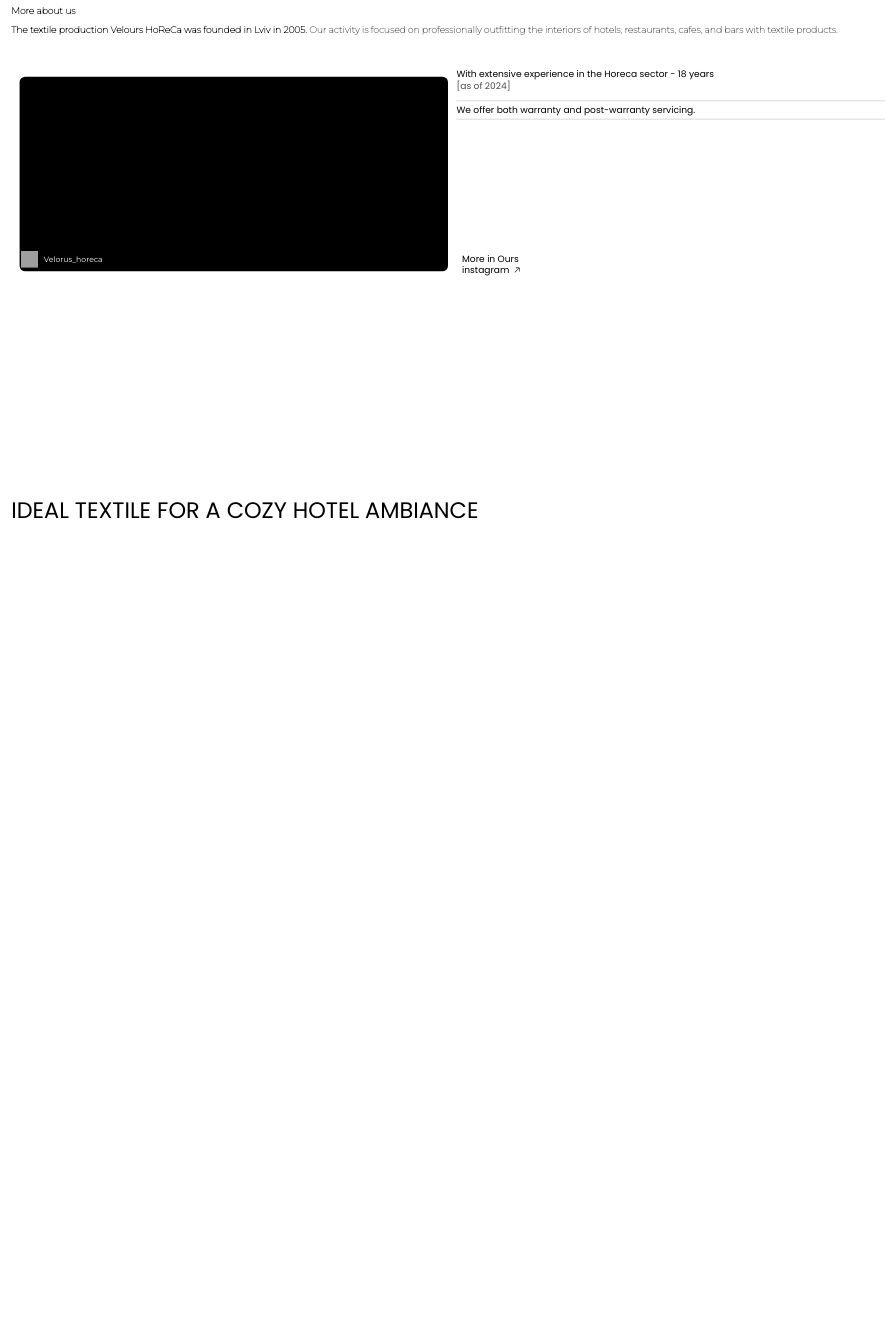
Repository: nikhilsinghrathore1/Shery_02
Page: /
An editor plug-in stored every save of this project. The page is shown before and after the next save, followed by the edit.
The browser window is 1280 px wide. The pictures show the part of the page from y = 3082 to 5002 px (the page is 5544 px tall), at 70% of full size.
Pictures or frames that could not be fetched are drawn as grey boxes. The project was rebuilt for these pictures with package versions that can differ from the ones it lists, and the page was loaded fresh each time. Also part of the build but not shown: vite.config.js.

Above is the page before, as saved 2024-07-18 03:07:59.

### src/App.jsx
import { useState } from 'react'
import reactLogo from './assets/react.svg'
import viteLogo from '/vite.svg'
import './App.css'
import Landing from './pages/Landing'

function App() {
  const [count, setCount] = useState(0)

  return (
    <>
      <Landing/>
    </>
  )
}

export default App

### src/App.css
@font-face {
  font-family: font1;
  src: url("../public/6624dc4c3f39ffabcd0dc162_Montserrat-VariableFont_wght.ttf");
}
@font-face {
  font-family: font2;
  src: url("../public/CircularXXWeb-Book\ \(1\).ttf");
}
@font-face {
  font-family: font3;
  src: url("../public/JTUQjIg1_i6t8kCHKm459WxRyS7m0dR9pA.ttf");
}
@font-face {
  font-family: font4;
  src: url("../public/JTUSjIg1_i6t8kCHKm459WlhyyTh89Y.ttf");
}
@font-face {
  font-family: font5;
  src: url("../public/pxiEyp8kv8JHgFVrJJfecnFHGPc.ttf");
}

.f1{
  font-family: font1;
}
.f2{
  font-family: font2;
}
.f3{
  font-family: font3;
}
.f4{
  font-family: font4;
}
.f5{
  font-family: font5;
}

### src/pages/Landing.jsx
import React from 'react'
import MoreInsta from '../components/MoreInsta'
import Nav from '../components/Nav'
import SingleHero from '../components/SingleHero'
import VideoCont from '../components/VideoCont'

const Landing = () => {
  return (
    <div className='w-full overflow-hidden'>
               {/* this is the first image gallery part */}
               <div className='w-full h-[400vh] relative '>
               <Nav/>
               <SingleHero img={"https://cdn.prod.website-files.com/6613fb0aff6a7761bf9a817d/66267f01781250e3c4f8ed19_hero-01-p-1080.webp"} text={"hotel"}/>
               <SingleHero img={"https://cdn.prod.website-files.com/6613fb0aff6a7761bf9a817d/66267f00e43626f944ce0076_hero-02-p-1080.webp"} text={"restaurant"}/>
               <SingleHero img={"https://cdn.prod.website-files.com/6613fb0aff6a7761bf9a817d/66267f011d36d94902bbbcd3_hero-03-p-1080.webp"} text={"catering"}/>
               <SingleHero img={"https://cdn.prod.website-files.com/6613fb0aff6a7761bf9a817d/66267f0015a49ebd0cb05e50_hero-04-p-1080.webp"} text={"+automative"}/>
               </div>

               {/* this is the second text wala part  */}

               <div className='w-full  h-[120vh] px-4 pt-32 leading-[42px]'>
                              {/* this is the variable weight text */}
                              <div className='w-full f4 text-[32px] font-semibold text-black uppercase h-fit'>
                                             <p><span className='pl-44'>full</span> responsibility from project to implementation.</p>
                              </div>

                              <div className='f4 text-[13px] font-semibold mt-10 leading-none'>
                                             <p>More about us</p>
                                             <p className='mt-3 leading-[16px] font-semibold'>The textile production Velours HoReCa was founded in Lviv in 2005. <span className='opacity-60'>Our activity is focused on professionally outfitting the interiors of hotels, restaurants, cafes, and bars with textile products.</span></p>
                              </div>

                              <div className='w-full flex h-[50vh] mt-12 '>
                                             <div className='w-1/2 h-full flex justify-end pt-3'>
                                                            <VideoCont/>
                                             </div>
                                             <div className='w-1/2 h-full flex flex-col justify-between pl-3 pb-16 f5 font-light'>

                                                            <div className='w-full leading-[17px]  text-[13px]'>
                                                                           <p>With extensive experience in the Horeca sector - 18 years </p>
                                                                           <p className='opacity-70'>[as of 2024]</p>

                                                                           <div className='border-y-[1px] border-black/20 py-1 mt-3'>
                                                                                          <p>We offer both warranty and post-warranty servicing.</p>
                                                                           </div>
                                                            </div>

                                                            <div className='f4 pl-2'>
                                                                           <MoreInsta/>
                                                            </div>



                                             </div>
                              </div>
               </div>

               <div className='w-full h-[250vh] px-4 pt-12'>
               <div className=' uppercase text-[32px] w-[78%] leading-[35px] f5 font-light '>
                                             <p>ideal textile for a cozy hotel ambiance</p>
                              </div>
               </div>


    </div>
  )
}

export default Landing

### src/components/MoreInsta.jsx
import React from 'react'
import { GoArrowUpRight } from "react-icons/go";

const MoreInsta = () => {
  return (
    <div className=' leading-[16px] text-[13px] text-black f5 font-light'>
               <p>More in Ours</p>
               <p className='flex items-center gap-1'>instagram <span><GoArrowUpRight/></span></p>
    </div>
  )
}

export default MoreInsta

### src/components/Nav.jsx
import React from 'react'

const Nav = () => {
  return (
    <div className='w-full h-[100vh]  fixed text-white flex flex-col justify-between z-40 top-0'>
        <div className=' flex items-center justify-center pt-7'>

               <div className='flex  flex-col items-center justify-center leading-[18px]'>
                              <h1 className='text-[24px] f1'>Velorus</h1>
                              <h2 className='text-[10px] f1 '>HoReCa</h2>
               </div>
        </div>

        {/* this is the menu bar kinda thingy */}
        <div className='w-full h-[10vh]  px-3  '>

          <div className='w-full h-[65%] bg-black rounded-md flex justify-between px-[2px]'>
            <div className='w-[18%] h-full bg-white flex items-center justify-center overflow-hidden rounded-md'>
              <img className='w-[90%] h-[90%] object-cover' src="https://cdn.prod.website-files.com/6613fb0aff6a7761bf9a817d/6624b9bbba2e8daa37ae2e54_download-img-02.webp" alt="not showing" />
            </div>

            <div className='w-[57%] h-full text-[13px] text-white leading-[16px] f2 flex items-center justify-center'>
              <p>Download our Brochour on services in the HoReCa industry</p>
            </div>


            <div className='w-[15%] h-full bg-white flex items-center justify-center overflow-hidden rounded-md'>
              <img className='w-[80%] h-[80%] object-cover' src="https://cdn.prod.website-files.com/6613fb0aff6a7761bf9a817d/6624bdfbd80898e1c3060de1_download-icon.webp" alt="not showing" />
            </div>
          </div>





        </div>

    </div>
  )
}

export default Nav

### src/components/SingleHero.jsx
import React from 'react'

const SingleHero = ({img , text}) => {
  return (
    <div className='w-full h-[100vh] relative'>
               <div className='absolute bg-black/10 flex items-center justify-center w-full h-full top-0'>
                              <h1 className='uppercase text-[44px] f4 font-bold tracking-wider text-white'>{text}</h1>
               </div>
               <img className='w-full h-full object-cover' src={img} alt="not showing" />
    </div>
  )
}

export default SingleHero

### src/components/VideoCont.jsx
import React from 'react'

const VideoCont = () => {
  return (
    <div className='w-[98%] h-[80%] bg-black rounded-lg pt-[3px] px-[2px] '>
               <div className='w-full h-[87%] overflow-hidden rounded-lg'>
                              <video autoPlay muted loop className='w-full h-full object-cover' src="https://s3.amazonaws.com/webflow-prod-assets/6613fb0aff6a7761bf9a817d/663bcfe77765a0f1702b036f_insta-3.mp4"></video>
               </div>
               <div className='w-full text-white text-[11px] f1 h-[13%] pt-1 flex items-center pb-[2px] gap-2'>
                              <img className='w-[24px] h-[24px] object-cover' src="https://cdn.prod.website-files.com/6613fb0aff6a7761bf9a817d/663bcbd3012e5e6821be914c_logo-horeca.png" alt="not showing" />
                              <p>Velorus_horeca</p>
               </div>
    </div>
  )
}

export default VideoCont

Loaded but not shown: index.html (common file); src/main.jsx (common file); src/index.css (common file); tailwind.config.js (common file)

After the next save:
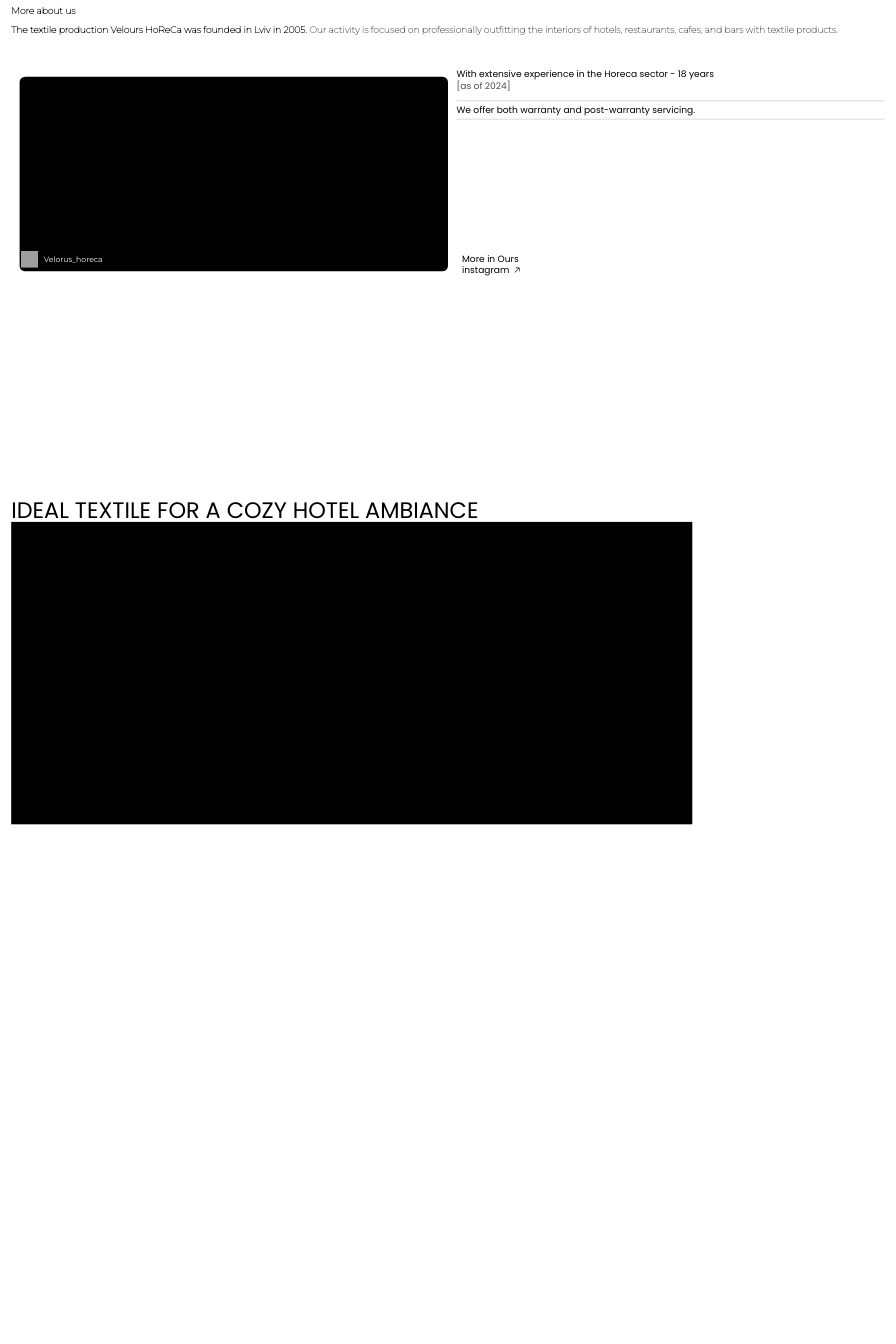
Saved 29 s later.
--- a/src/pages/Landing.jsx
+++ b/src/pages/Landing.jsx
@@ -57,6 +57,10 @@ const Landing = () => {
                <div className='w-full h-[250vh] px-4 pt-12'>
                <div className=' uppercase text-[32px] w-[78%] leading-[35px] f5 font-light '>
                                              <p>ideal textile for a cozy hotel ambiance</p>
+
+                                             <div className='w-full flex h-[60vh] bg-black'>
+
+                                             </div>
                               </div>
                </div>
 
